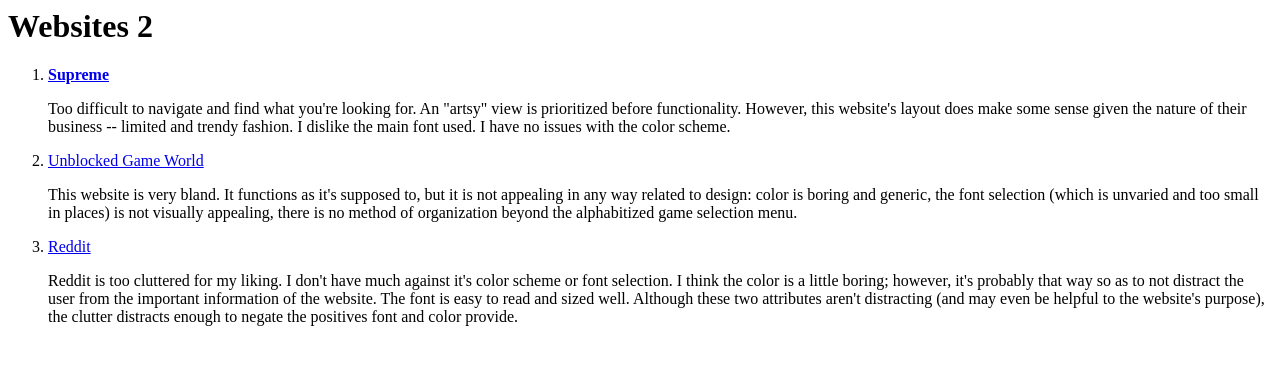
Repository: larranj1/my_website
Page: assignments/html/websites_2.html
The author's editor kept a record of every edit. The page is drawn from the files as they stood at one moment, then again after the next edit.
The browser window is 1280 px wide. The pictures show the whole page.

Above is the page before.

### assignments/html/websites_2.html
<html>
    <h1> Websites 2 </h1>
    <ol>
  <li> <a href="https://www.supremenewyork.com/"><b>Supreme</b></a> </li>
  <p>Too difficult to navigate and find what you're looking for. An "artsy" view is prioritized before functionality.  However, this website's layout does make some
  sense given the nature of their business -- limited and trendy fashion.  I dislike the main font used.  I have no issues with the color scheme.</p>
  <li> <a href="https://sites.google.com/site/unblockedgameworld/">Unblocked Game World</a> </li>
  <p>This website is very bland.  It functions as it's supposed to, but it is not appealing in any way related to design: color is boring and generic, the font selection
  (which is unvaried and too small in places) is not visually appealing, there is no method of organization beyond the alphabitized game selection menu. </p>
  <li> <a href="https://www.reddit.com/">Reddit</a> </li>
   <p> Reddit is too cluttered for my liking.  I don't have much against it's color scheme or font selection.  I think the color is a little boring; however, it's probably
   that way so as to not distract the user from the important information of the website.  The font is easy to read and sized well.  Although these two attributes
   aren't distracting (and may even be helpful to the website's purpose), the clutter distracts enough to negate the positives font and color provide. </p>
</ol>
</html>

After the next edit:
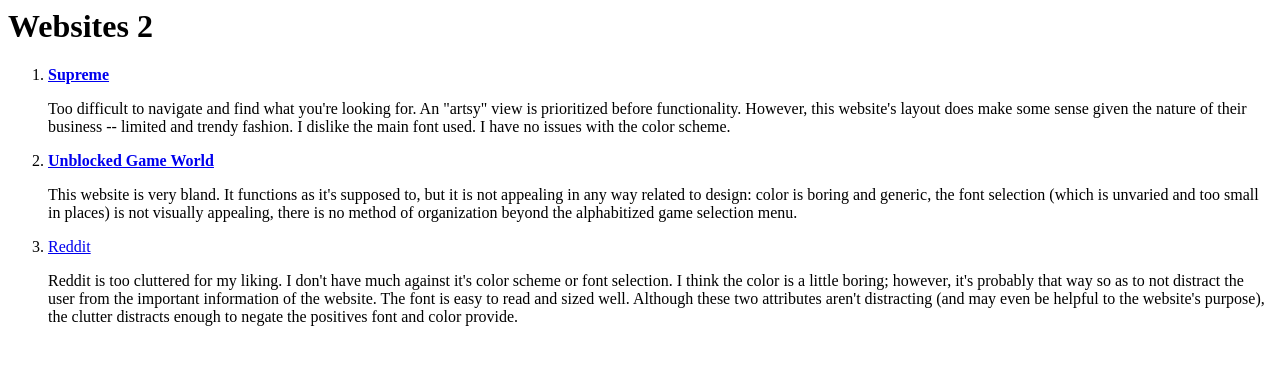
The edit:
--- a/assignments/html/websites_2.html
+++ b/assignments/html/websites_2.html
@@ -4,7 +4,7 @@
   <li> <a href="https://www.supremenewyork.com/"><b>Supreme</b></a> </li>
   <p>Too difficult to navigate and find what you're looking for. An "artsy" view is prioritized before functionality.  However, this website's layout does make some
   sense given the nature of their business -- limited and trendy fashion.  I dislike the main font used.  I have no issues with the color scheme.</p>
-  <li> <a href="https://sites.google.com/site/unblockedgameworld/">Unblocked Game World</a> </li>
+  <li> <a href="https://sites.google.com/site/unblockedgameworld/"><b>Unblocked Game World</b></a> </li>
   <p>This website is very bland.  It functions as it's supposed to, but it is not appealing in any way related to design: color is boring and generic, the font selection
   (which is unvaried and too small in places) is not visually appealing, there is no method of organization beyond the alphabitized game selection menu. </p>
   <li> <a href="https://www.reddit.com/">Reddit</a> </li>
